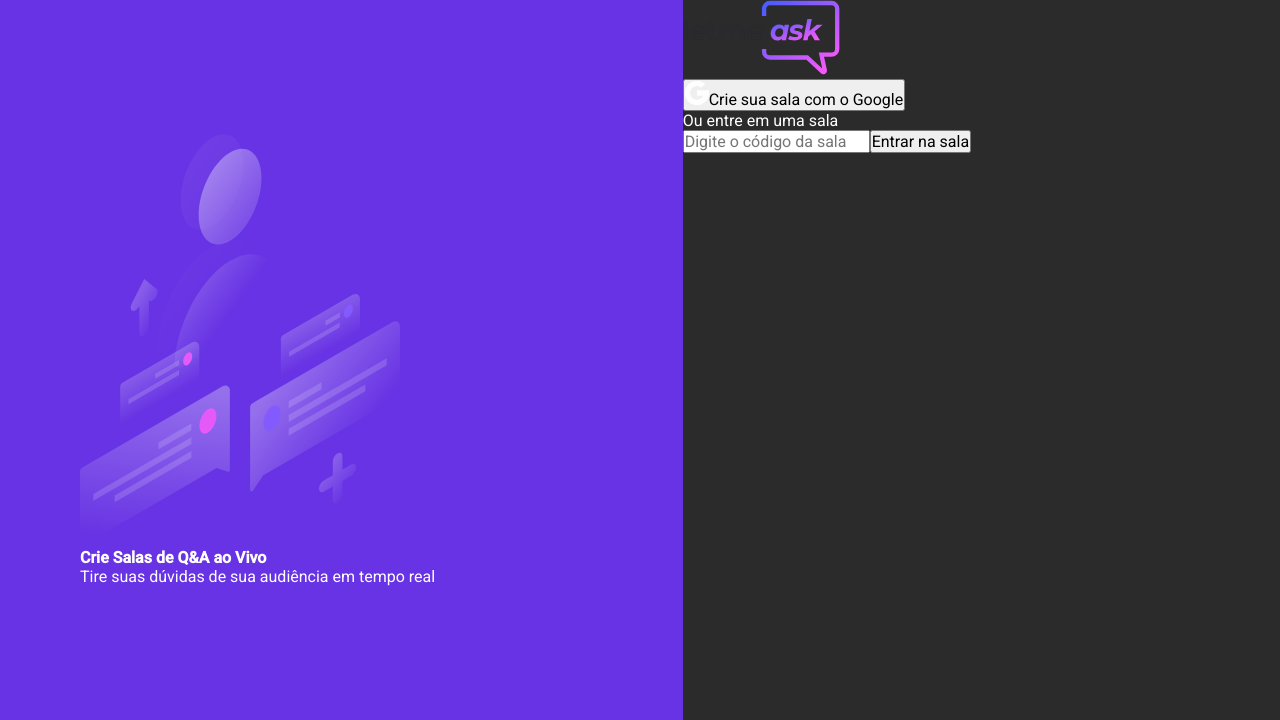
Repository: ANDRIEL123/NLW6-ReactJS-Letmeask
Page: /
These files come from the project's save history. The page is drawn as it stood at one moment and after the next save; the edit follows.
The browser window is 1280 px wide. The pictures show the whole page.
The project was rebuilt for these pictures with package versions that can differ from the ones it lists, and the page was loaded fresh each time.

Above is the page before, as saved 2021-10-11 13:22:47.

### public/index.html
<!DOCTYPE html>
<html lang="en">

<head>
  <meta charset="utf-8" />
  <link rel="icon" href="%PUBLIC_URL%/favicon.ico" />
  <meta name="viewport" content="width=device-width, initial-scale=1" />
  <meta name="theme-color" content="#000000" />
  <meta name="description" content="Web site created using create-react-app" />
  <link rel="apple-touch-icon" href="%PUBLIC_URL%/logo192.png" />
  <link rel="preconnect" href="https://fonts.googleapis.com">
  <link rel="preconnect" href="https://fonts.gstatic.com" crossorigin>
  <link href="https://fonts.googleapis.com/css2?family=Poppins:wght@400;700&family=Roboto:wght@400;500&display=swap"
    rel="stylesheet">
  <title>React App</title>
</head>

<body>
  <noscript>You need to enable JavaScript to run this app.</noscript>
  <div id="root"></div>
</body>

</html>

### src/index.tsx
import React from 'react';
import ReactDOM from 'react-dom';
import App from './App';
import './styles/global.scss'

ReactDOM.render(
  <React.StrictMode>
    <App />
  </React.StrictMode>,
  document.getElementById('root')
);

### src/App.tsx
import React from 'react';
import { Home } from './pages/Home';

function App() {
  return (
    <div className="App">
      <Home />
    </div>
  );
}

export default App;

### src/styles/global.scss
* {
    margin: 0;
    padding: 0;
    box-sizing: border-box;
}

body {
    background-color: rgb(43, 43, 43);
    color: white;
}

body, input, button, textarea {
    font: 400 16px 'Roboto', sans-serif;
}

### src/pages/Home.tsx
import ilustrationImg from '../assets/images/illustration.svg'
import logoImg from '../assets/images/logo.svg'
import googleIconImg from '../assets/images/google-icon.svg'
import '../styles/auth.scss'

export function Home() {
    return (
        <div id="page-auth">
            <aside>
                <img src={ilustrationImg} alt="Ilustração" />
                <strong>Crie Salas de Q&A ao Vivo</strong>
                <p>Tire suas dúvidas de sua audiência em tempo real</p>
            </aside>
            <main>
                <div>
                    <img src={logoImg} alt="Logo letmeask" />
                </div>
                <button>
                    <img src={googleIconImg} alt="Icone do Google" />
                    Crie sua sala com o Google
                </button>
                <div>Ou entre em uma sala</div>
                <form>
                    <input
                        type="text"
                        placeholder="Digite o código da sala"
                    />
                    <button type="submit">
                        Entrar na sala
                    </button>
                </form>
            </main>
        </div>
    )
}

### src/styles/auth.scss
#page-auth {
    display: flex;
    align-items: stretch;
    height: 100vh;

    aside {
        flex: 7;
        background: #6833e4;
        color: #fff;
        flex-direction: column;
        display: flex;
        justify-content: center;

        padding: 120px 80px;

        img {
            max-width: 320px;
        }
    }

    main {
        flex: 8;
    }
}

After the next save:
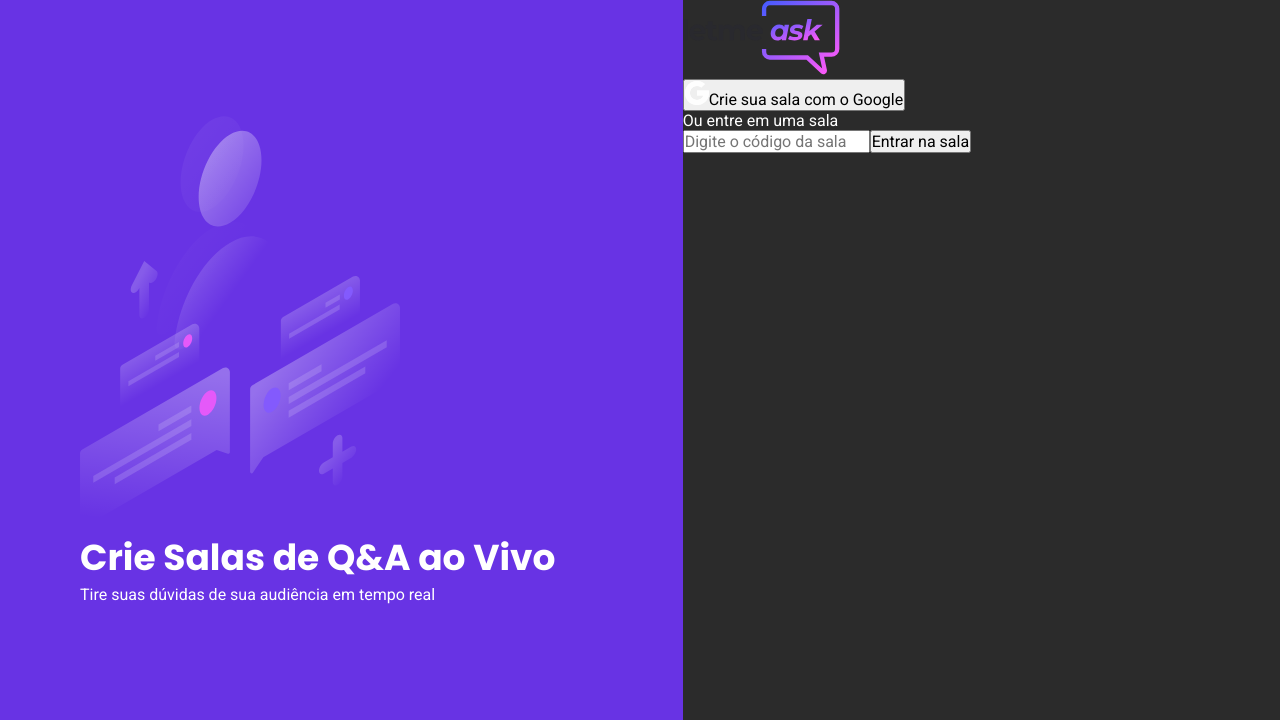
Saved 42 s later.
--- a/src/styles/auth.scss
+++ b/src/styles/auth.scss
@@ -16,6 +16,10 @@
         img {
             max-width: 320px;
         }
+
+        strong {
+            font: 700 36px 'Poppins', sans-serif;
+        }
     }
 
     main {
